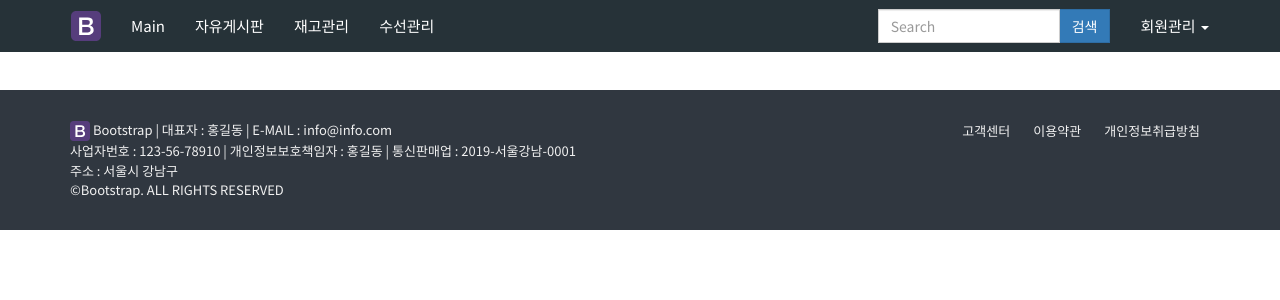
Repository: RattenLegs/Project_Inventory
Page: http://localhost/Project_Inventory/WEB-INF/views/testModal/testModalMain.jsp
An editor plug-in stored every save of this project. The page is shown before and after the next save, followed by the edit.
The browser window is 1280 px wide. The pictures show the whole page.
Some web libraries are served in a nearby version. The page is served by Tomcat 9. Nobody is signed in. The template is opened directly, without the code that normally fills it, so the values that code supplies are empty.

Above is the page before, as saved 2023-02-08 14:16:00.

After the next save:
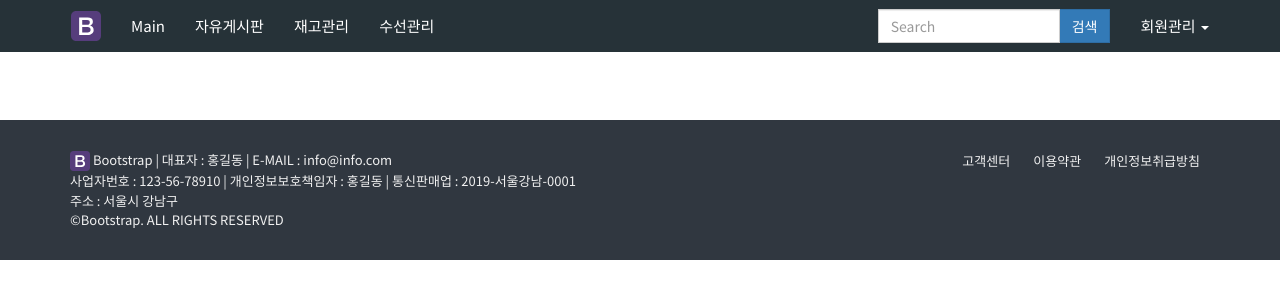
Saved 15 s later.
--- a/Project_Inventory/src/main/webapp/WEB-INF/views/testModal/testModalMain.jsp
+++ b/Project_Inventory/src/main/webapp/WEB-INF/views/testModal/testModalMain.jsp
@@ -9,7 +9,7 @@
 </head>
 <body>
 <p>모달 테스트용 메인페이지입니다.</p>
-
+<p>누르면 모달 열림</p>
 
 <%@ include file="../../views/include/footer.jsp"%>
 </body>
